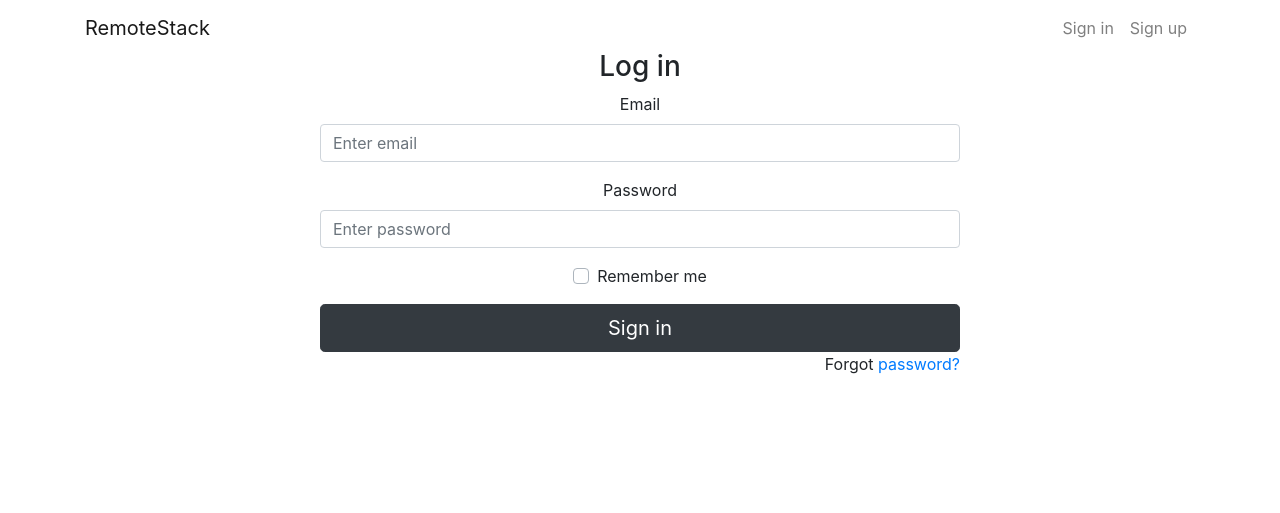
Repository: khanhnguyen1999/Login_SignUp
Page: /
The author's editor kept a copy of each file at every save. The page is drawn from the files as they stood at one save, then again after the next save.
The browser window is 1280 px wide. The pictures show the whole page.
The project was rebuilt for these pictures with package versions that can differ from the ones it lists, and the page was loaded fresh each time. Also part of the build but not shown: src/component/SignUp.js.

Above is the page before, as saved 2020-12-05 23:27:33.

After the next save:
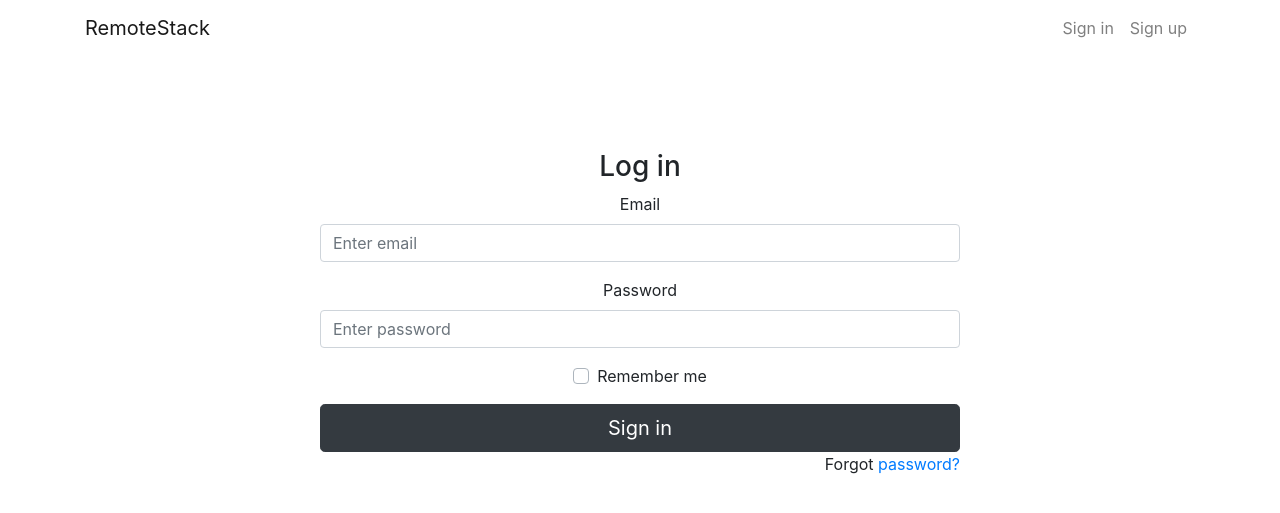
Saved 5 s later.
--- a/src/index.css
+++ b/src/index.css
@@ -15,5 +15,5 @@ code {
 .inner > form
 {
   width:50%;
-  margin:50px auto
+  margin:150px auto
 }
